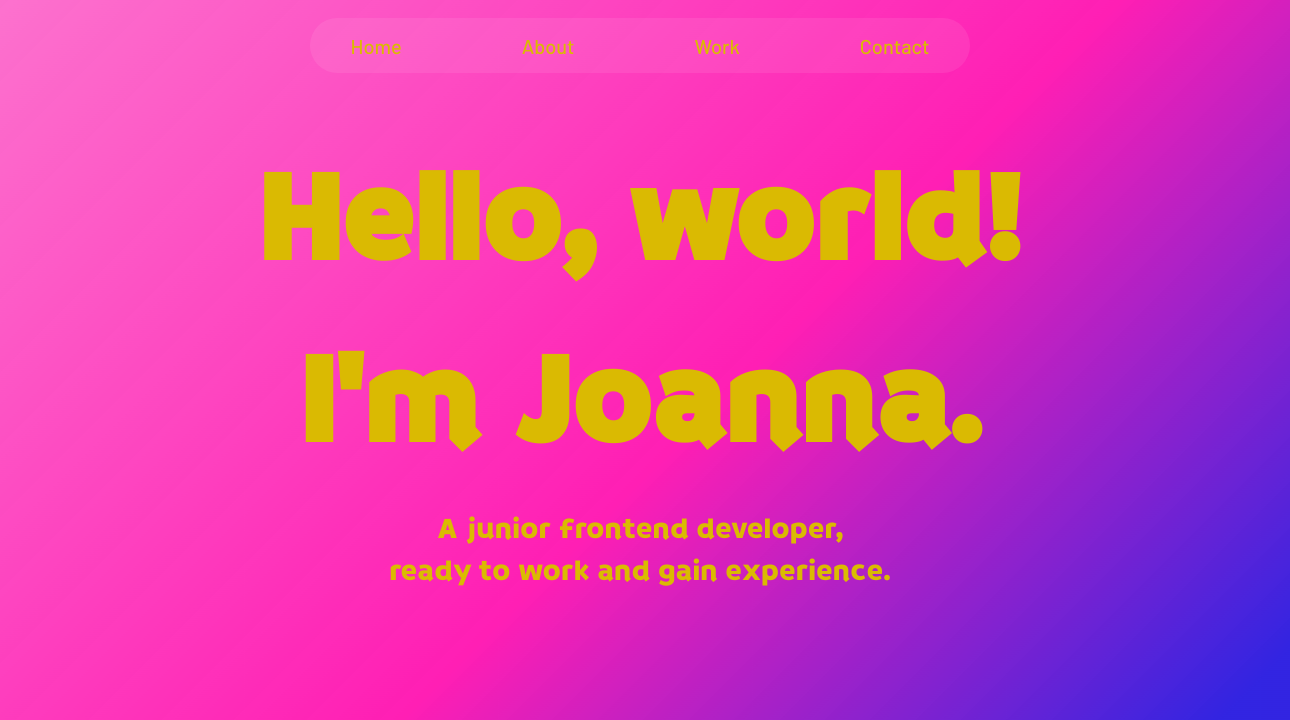
Repository: JJonka/portfolio_site
Page: /
An editor plug-in stored every save of this project. The page is shown before and after the next save, followed by the edit.
The browser window is 1280 px wide. The page is 1290 px wide, so the pictures cover 1290 px, including what lies to the right of the window. The pictures show the whole page.
The project was rebuilt for these pictures with package versions that can differ from the ones it lists, and the page was loaded fresh each time. Also part of the build but not shown: vite.config.ts, src/components/EndOfSection.module.scss, src/components/EndOfSection.tsx, src/pages/About.tsx, src/components/LogoIcon.module.scss, src/components/LogoIcon.tsx, src/pages/Contact.tsx, src/pages/Work.module.scss and 1 more.

Above is the page before, as saved 2023-10-08 11:51:50.

After the next save:
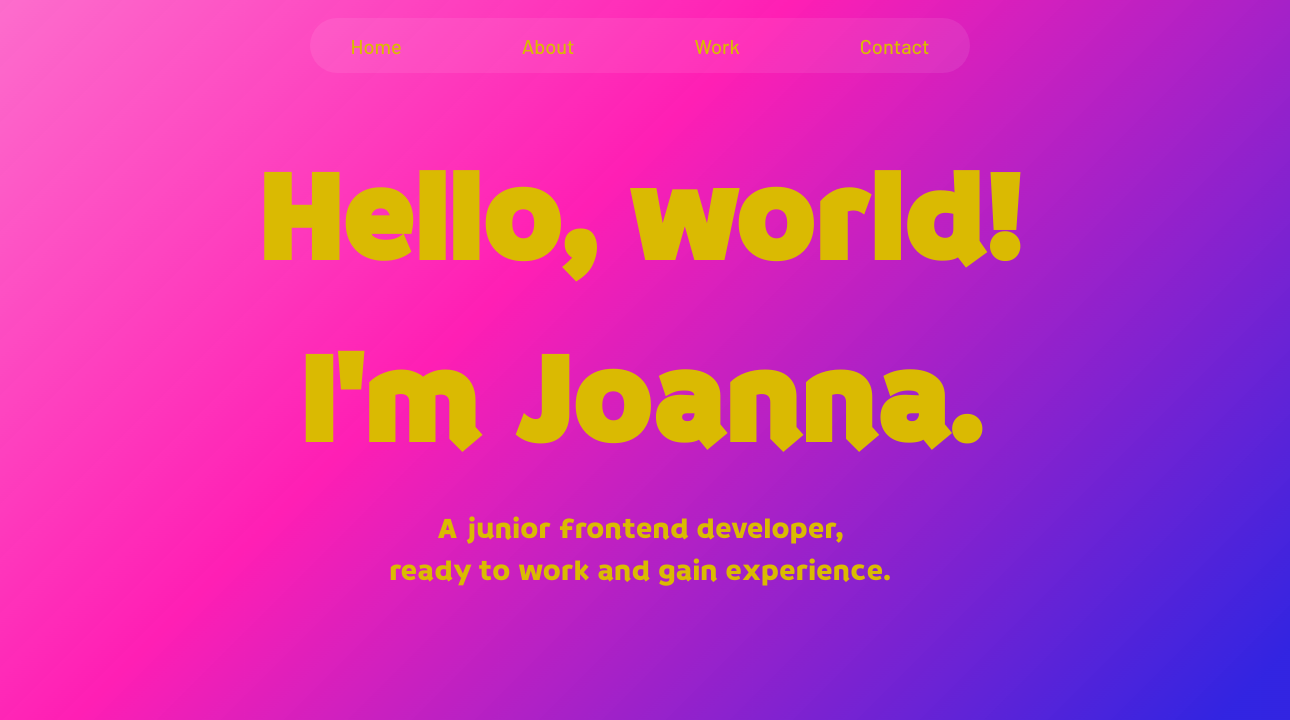
Saved 23 s later.
--- a/src/App.css
+++ b/src/App.css
@@ -19,7 +19,7 @@
 }
 
 .mainBackground {
-    background-image: linear-gradient(135deg, #fc79d0 10%, #ff00aaec 50% , #2719e0 75%);
+    background-image: linear-gradient(135deg, #fc79d0 10%, #ff00aaec 40% , #2719e0 75%);
     animation: slide 7s ease-in-out infinite alternate;
     animation-fill-mode: forwards;
     animation-delay: -1s;

After the save that followed:
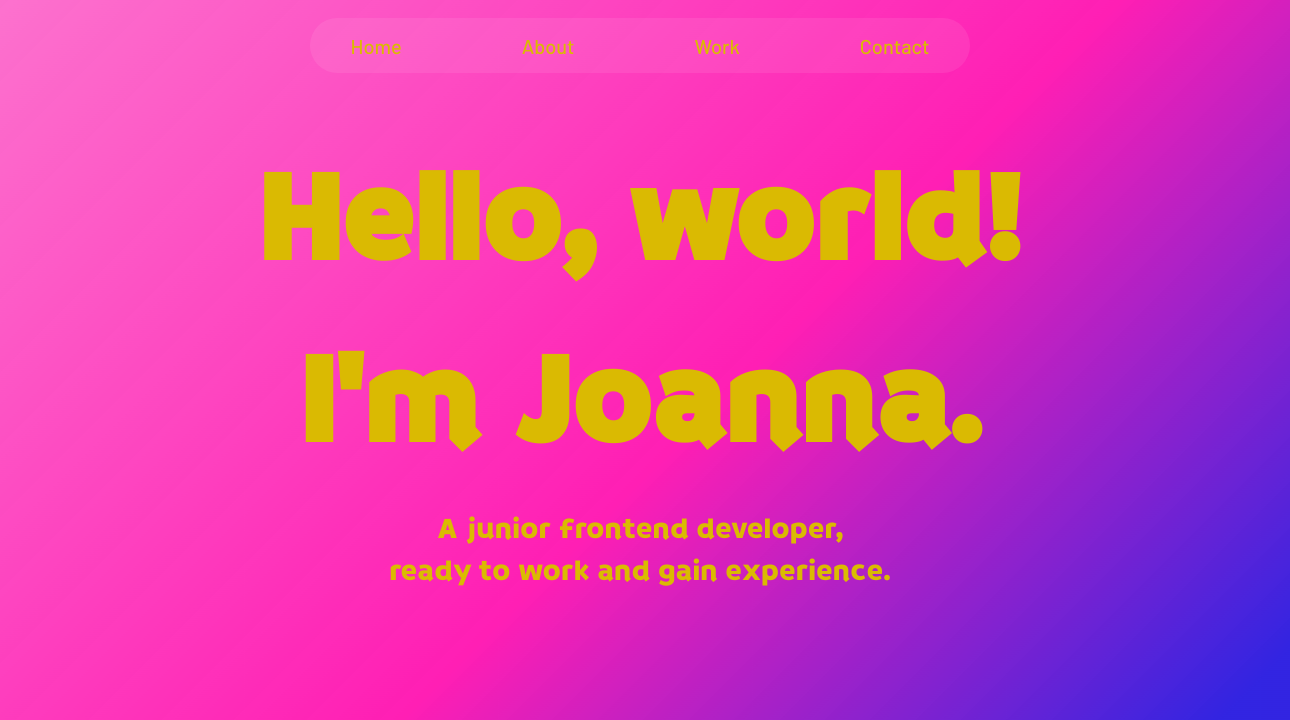
Saved 28 s later.
--- a/src/App.css
+++ b/src/App.css
@@ -19,7 +19,7 @@
 }
 
 .mainBackground {
-    background-image: linear-gradient(135deg, #fc79d0 10%, #ff00aaec 40% , #2719e0 75%);
+    background-image: linear-gradient(135deg, #fc79d0 10%, #ff00aaec 50% , #2719e0 75%);
     animation: slide 7s ease-in-out infinite alternate;
     animation-fill-mode: forwards;
     animation-delay: -1s;
